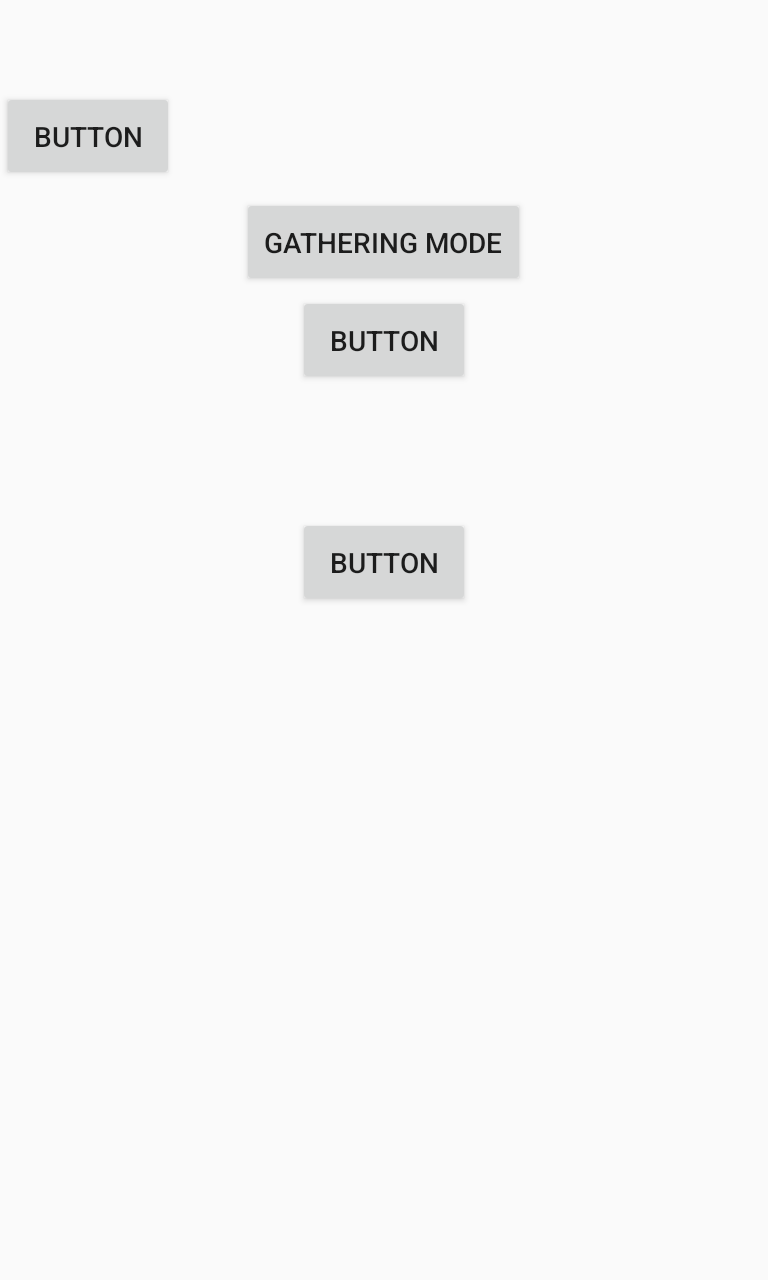
Repository: LogInc/oscar_app
Layout: Android/Oscar/res/layout/activity_modes.xml
An editor plug-in stored every save of this project. The layout is shown before and after the next save, followed by the edit.
It is drawn on a 768 x 1280 px phone screen (xhdpi) without system bars, with theme AppTheme; the app's code is not run.

Above is the layout before, as saved 2015-02-19 14:07:57.

After the next save:
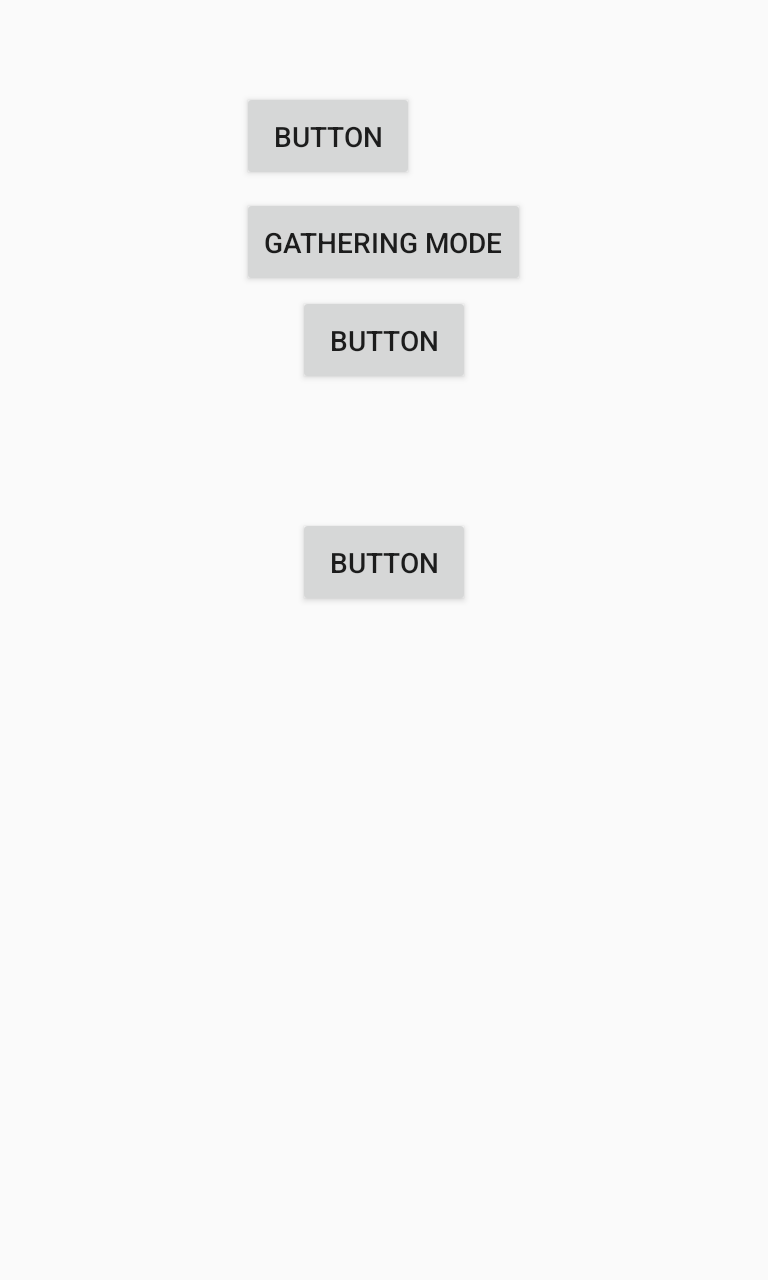
Saved 92 s later.
--- a/Android/Oscar/res/layout/activity_modes.xml
+++ b/Android/Oscar/res/layout/activity_modes.xml
@@ -17,7 +17,7 @@
         android:id="@+id/button2"
         android:layout_width="wrap_content"
         android:layout_height="wrap_content"
-        android:layout_alignLeft="@+id/button1"
+        android:layout_alignLeft="@+id/gMode"
         android:layout_below="@+id/button1"
         android:layout_marginTop="44dp"
         android:text="Button" />
